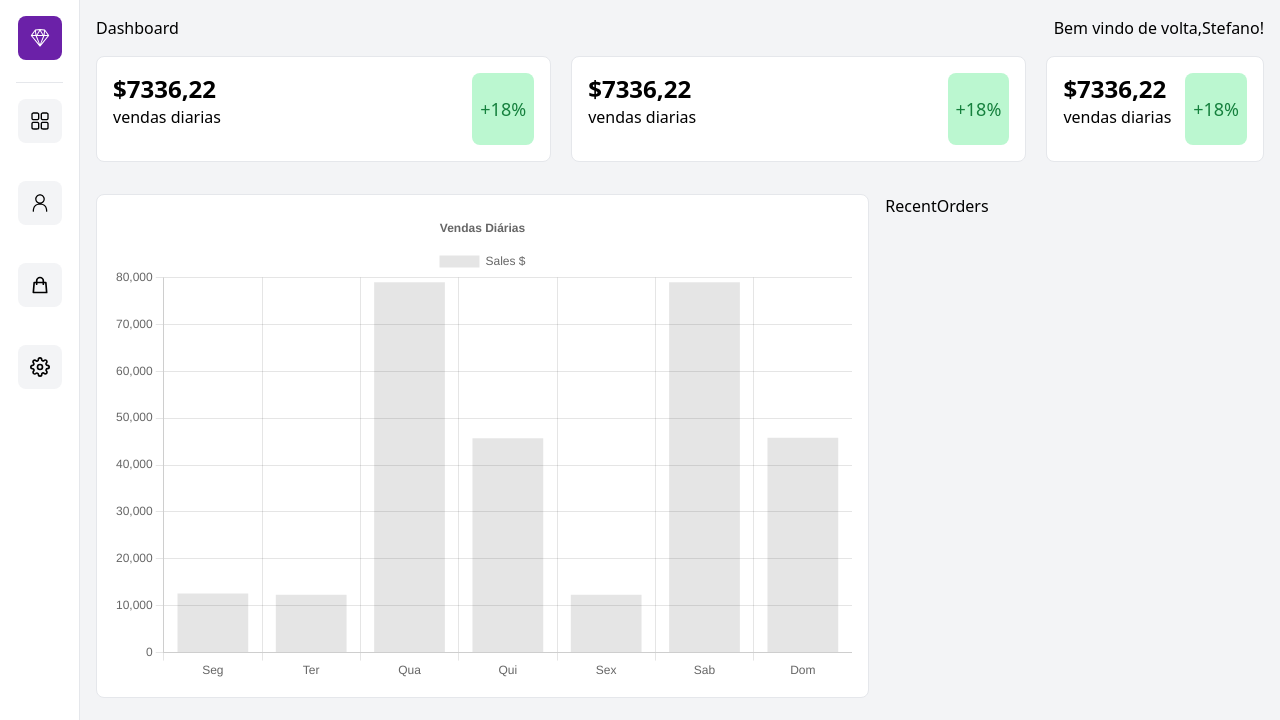
Repository: stefanosousaa/dashboard-next13
Page: /
An editor plug-in stored every save of this project. The page is shown before and after the next save, followed by the edit.
The browser window is 1280 px wide. The pictures show the whole page.
The project was rebuilt for these pictures with package versions that can differ from the ones it lists, and the page was loaded fresh each time. The framework's server and built-in components were replaced by stand-ins that run in the browser. Also part of the build but not shown: next.config.js.

Above is the page before, as saved 2023-05-16 18:36:05.

### pages/_app.js
import Sidebar from '@/components/Sidebar'
import '@/styles/globals.css'

export default function App({ Component, pageProps }) {
  return (
    <Sidebar>
        <Component {...pageProps} />
    </Sidebar>

  )
}

### pages/index.js
import TopCards from '@/components/TopCards';
import Header from '../components/Header';
import Head from 'next/head';
import Image from 'next/image';
import BarChart from '@/components/BarChart';
import RecentOrders from '@/components/RecentOrders';

export default function Home() {
  return (
    <>
      <Head>
        <title>Create Next App</title>
        <meta name="description" content="Generated by create next app" />
        <meta name="viewport" content="width=device-width, initial-scale=1" />
        <link rel="icon" href="/favicon.ico" />
      </Head>

      <main className='bg-gray-100 min-h-screen'>
        <Header/>
        <TopCards/>

            <div className='p-4 grid md:grid-cols-3 grid-cols-1 gap-4'>
              <BarChart/>
              <RecentOrders/>
            </div>

      </main>

    </>
  );
};

### components/Sidebar.jsx
import Link from 'next/link'
import Image from 'next/image'
import React from 'react'
import {RxSketchLogo,RxDashboard, RxPerson} from 'react-icons/rx'
import {FiSettings} from 'react-icons/fi'
import {HiOutlineShoppingBag} from 'react-icons/hi'

const Sidebar = ({children}) => {
  return (
    <div className='flex'>
        <div className='fixed w-20 h-screen p-4 bg-white border-r-[1px] flex flex-col justify-between'>
        <div className='flex flex-col items-center'>

          <Link href='/'>
            <div className='bg-purple-800 text-white p-3 rounded-lg inline-block'>
              <RxSketchLogo size={20}/>
            </div>
          </Link>
          <span className='border-b-[1px] border-gray-200 w-full p-2'></span>
          <Link href='/'>
            <div className='bg-gray-100 hover:bg-gray-200 cursor-pointer my-4 p-3 rounded-lg inline-block'>
              <RxDashboard size={20}/>
            </div>
          </Link>
          <Link href='/costumerd'>
            <div className='bg-gray-100 hover:bg-gray-200 cursor-pointer my-4 p-3 rounded-lg inline-block'>
              <RxPerson size={20}/>
            </div>
          </Link>
          <Link href='/orders'>
            <div className='bg-gray-100 hover:bg-gray-200 cursor-pointer my-4 p-3 rounded-lg inline-block'>
              <HiOutlineShoppingBag size={20}/>
            </div>
          </Link>
          <Link href='/'>
            <div className='bg-gray-100 hover:bg-gray-200 cursor-pointer my-4 p-3 rounded-lg inline-block'>
              <FiSettings size={20}/>
            </div>
          </Link>
        </div>
        </div>

        <main className='ml-20 w-full'>{children}</main>
    </div>
  )
}

export default Sidebar

### components/TopCards.jsx
import React from 'react'

const TopCards = () => {
  return (
    <div className='grid lg:grid-cols-5 gap-5 p-4'>
        <div className='lg:col-span-2 col-span-1 bg-white flex justify-between w-full border p-4 rounded-lg'>
           <div className='flex flex-col w-full pb-4'>
            <p className='text-2xl font-bold'>$7336,22</p>
            <p>vendas diarias</p>
        </div>
            <p className='bg-green-200 flex justify-center items-center p-2 rounded-lg'>
                <span className='text-green-700 text-lg'>+18%</span>
            </p>
        </div>
        <div className='lg:col-span-2 col-span-1 bg-white flex justify-between w-full border p-4 rounded-lg'>
           <div className='flex flex-col w-full pb-4'>
           <p className='text-2xl font-bold'>$7336,22</p>
            <p>vendas diarias</p>
           </div>
           <p className='bg-green-200 flex justify-center items-center p-2 rounded-lg'>
                <span className='text-green-700 text-lg'>+18%</span>
            </p>
        </div>
        <div className='bg-white flex justify-between w-full border p-4 rounded-lg'>
           <div className='flex flex-col w-full pb-4'>
           <p className='text-2xl font-bold'>$7336,22</p>
            <p>vendas diarias</p>
           </div>
           <p className='bg-green-200 flex justify-center items-center p-2 rounded-lg'>
                <span className='text-green-700 text-lg'>+18%</span>
            </p>
        </div>
    </div>
  )
}

export default TopCards

### components/Header.jsx
import React from 'react'

const Header = () => {
  return (
    <div className='flex justify-between px-4 pt-4'>
        <h2>Dashboard</h2>
        <h2>Bem vindo de volta,Stefano!</h2>
    </div>
  )
}

export default Header

### components/BarChart.jsx
import React ,{useState,useEffect} from 'react'
import { Bar } from 'react-chartjs-2';
import {
    Chart as ChartJS,
    CategoryScale,
    LinearScale,
    BarElement,
    Title,
    Tooltip,
    Legend
} from 'chart.js';


ChartJS.register(
    CategoryScale,
    LinearScale,
    BarElement,
    Title,
    Tooltip,
    Legend
);

const BarChart = () => {

    const [chartData, setChartData] = useState({
        datasets: [],
    });

    const [chartOptions,setChartOptions] = useState({});

    useEffect(() =>{
     setChartData({
        labels: ['Seg', 'Ter', 'Qua', 'Qui', 'Sex', 'Sab', 'Dom'],
        datasets: [
            {
                label : 'Sales $',
                data: [12578,12345,78945,45678,12345,78954,45789],
                borderColor: 'rgb(53, 162, 235)',
                backGroundColor: 'rgb(53, 162,235, 0.4)',
            }
        ]
     })

     setChartOptions({
        plugins :{
            legend: {
                position: 'top'
            },
            title: {
                display: true,
                text: 'Vendas Diárias'
            }
        },
        maintainAspectRatio: false,
        reponsive: true

     })
    },[])

  return (

    <>
    <div className='w-full md:col-span-2 relative lg:h-[70vh] h-[50vh] m-auto p-4 border rounded-lg bg-white'>
        <Bar
            data={chartData}
            options={chartOptions}/>
    </div>
    </>

  )
};

export default BarChart

### components/RecentOrders.jsx
import React from 'react'

const RecentOrders = () => {
  return (
    <div>RecentOrders</div>
  )
}

export default RecentOrders

Loaded but not shown: pages/_document.js (common file); styles/globals.css (common file); tailwind.config.js (common file)

After the next save:
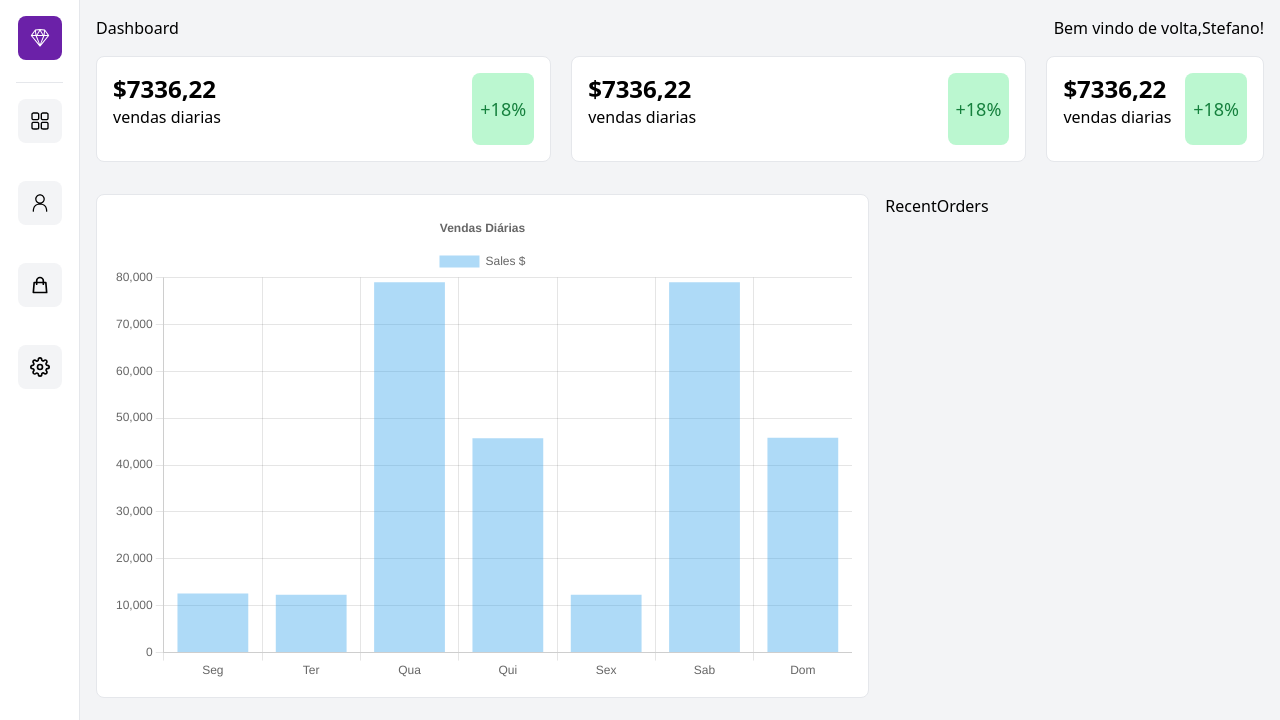
Saved 90 s later.
--- a/components/BarChart.jsx
+++ b/components/BarChart.jsx
@@ -36,7 +36,7 @@ const BarChart = () => {
                 label : 'Sales $',
                 data: [12578,12345,78945,45678,12345,78954,45789],
                 borderColor: 'rgb(53, 162, 235)',
-                backGroundColor: 'rgb(53, 162,235, 0.4)',
+                backgroundColor: 'rgb(53, 162, 235, 0.4)',
             }
         ]
      })
